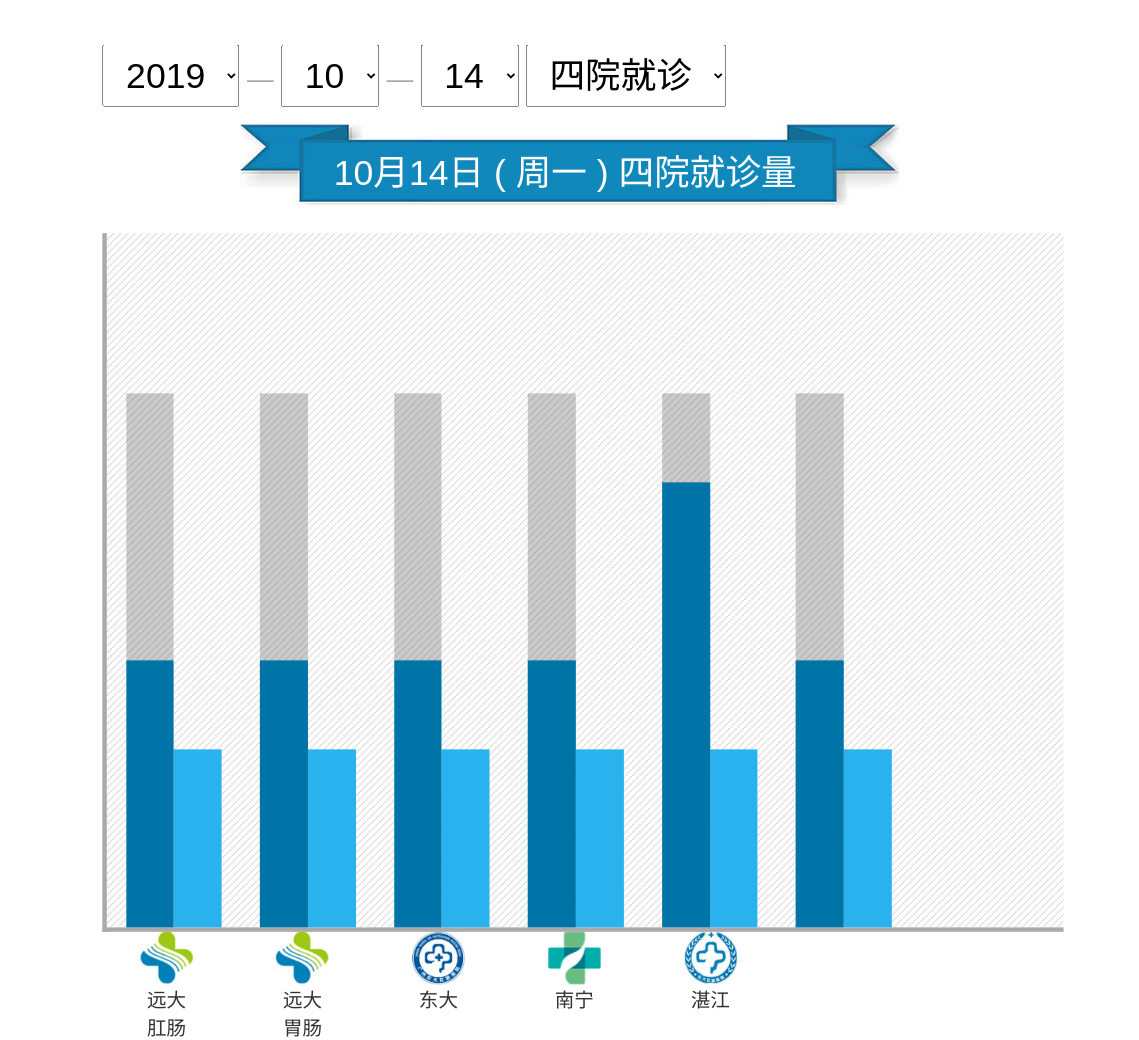
Repository: jerryyan/project
Page: http://localhost/m/jzchart.php
The author's editor kept a copy of each file at every save. The page is drawn from the files as they stood at one save, then again after the next save.
The browser window is 1280 px wide. The pictures show the whole page, at 89% of full size.
The page is run by PHP 8.4 with error messages shown; the project is at /var/www/html/. The session is filled in as if someone had signed in: {"name": "admin"}.

Above is the page before, as saved 2019-10-14 16:24:05.

After the next save:
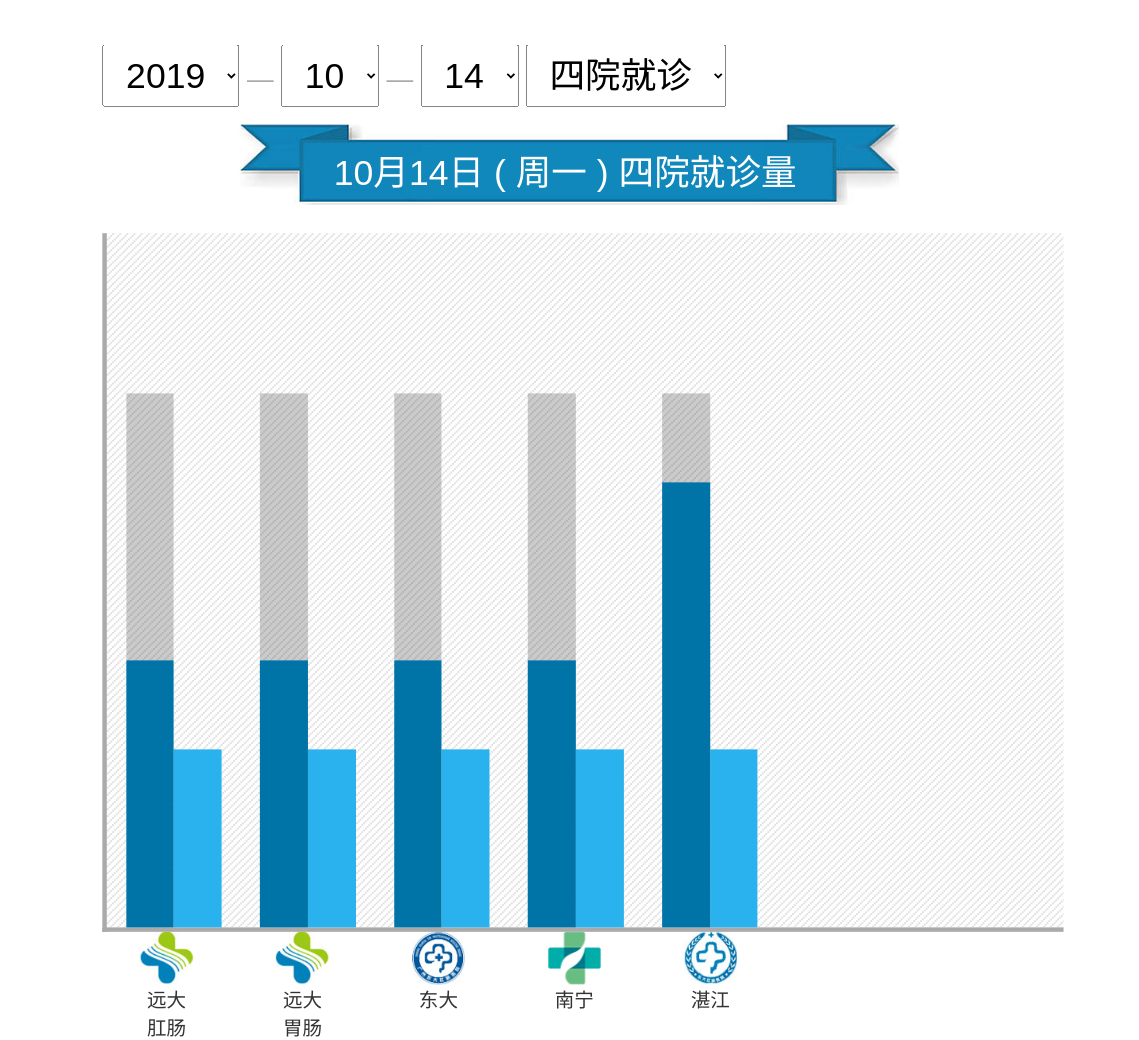
Saved 10 s later.
--- a/m/jzchart.php
+++ b/m/jzchart.php
@@ -73,11 +73,11 @@
                     <div class="zj_2"><span></span></div>
                     <div class="zj_3"><span></span></div>
                 </div>
-                <div class="ty">
+                <!-- <div class="ty">
                     <div class="ty_1"><span></span></div>
                     <div class="ty_2"><span></span></div>
                     <div class="ty_3"><span></span></div>
-                </div>
+                </div> -->
             </div>
             <div class="logo">
                 <ul>
